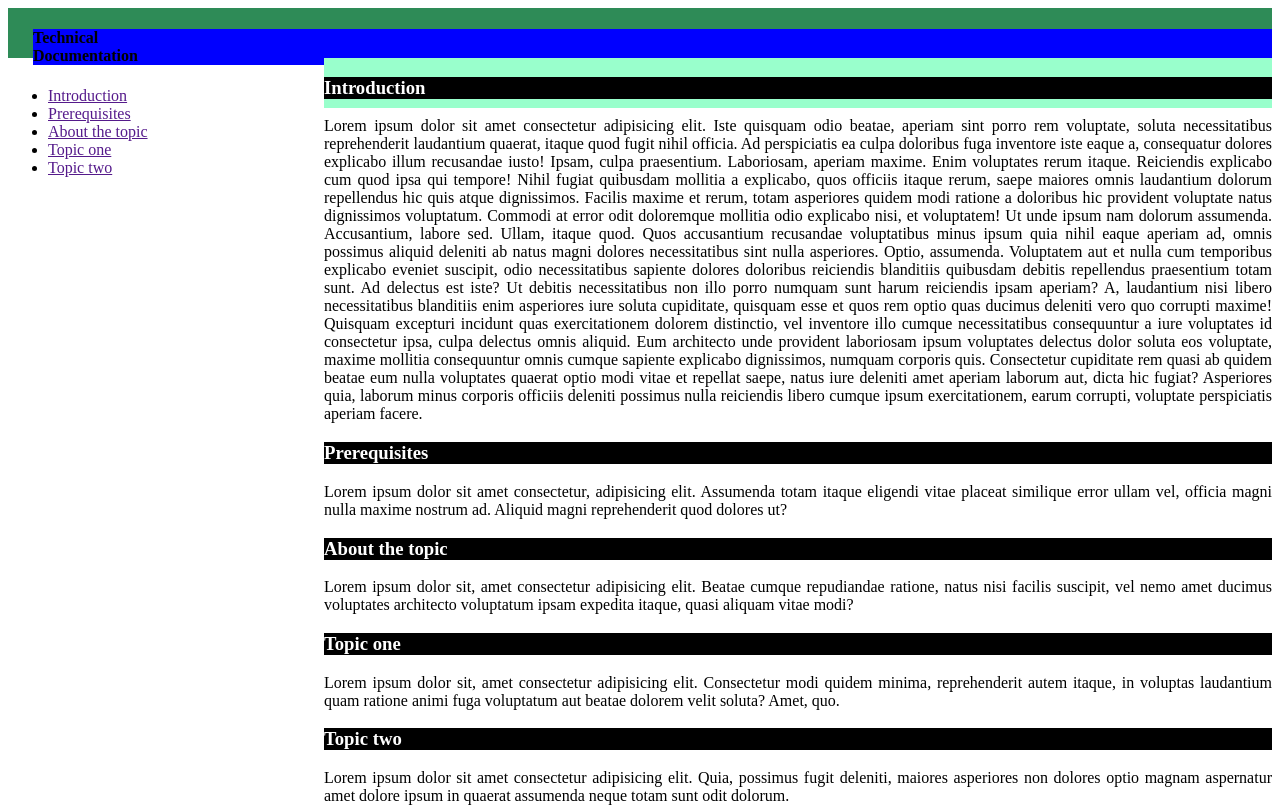
Repository: JoaoLemesDEV/Excercise-Tech-Documentation-Page
Page: index.html
These files come from the project's save history. The page is drawn as it stood at one moment and after the next save; the edit follows.
The browser window is 1280 px wide. The pictures show the whole page.

Above is the page before, as saved 2021-10-03 20:51:37.

After the next save:
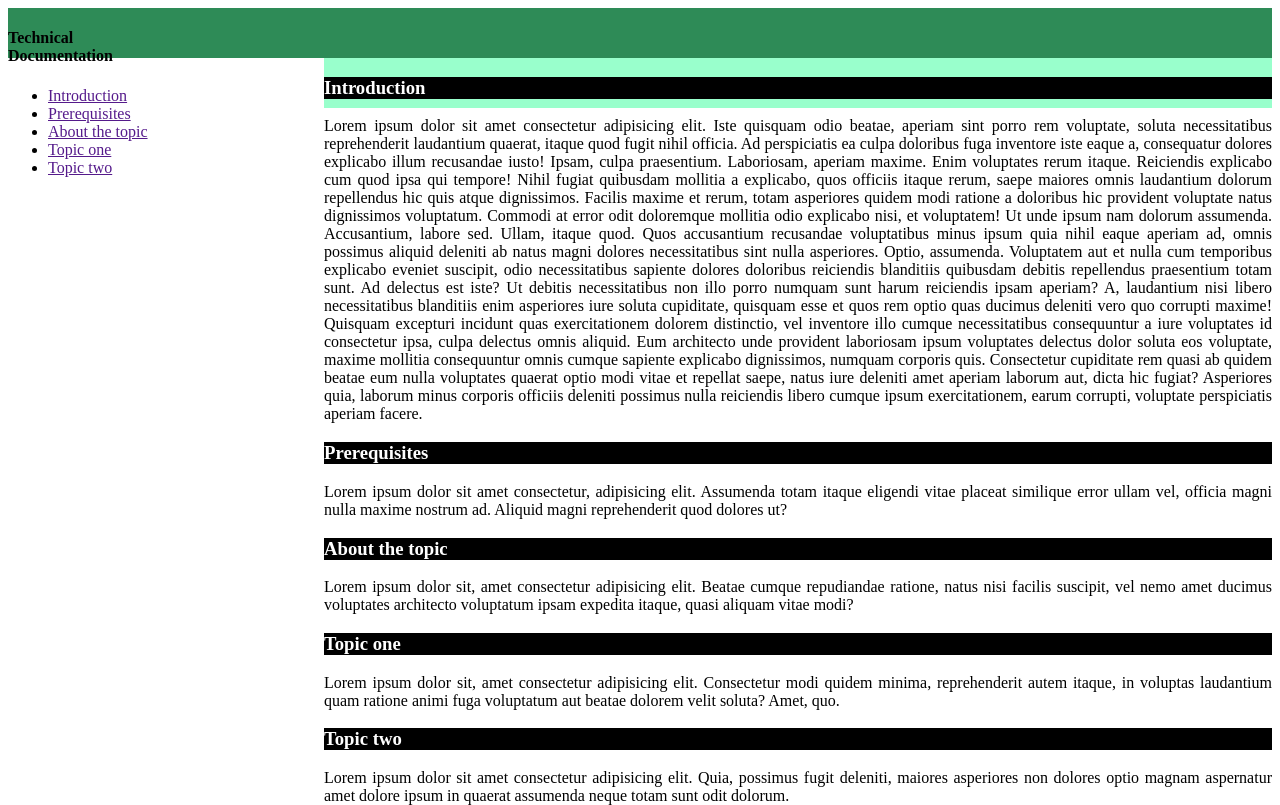
Saved 43 s later.
--- a/index.css
+++ b/index.css
@@ -10,7 +10,7 @@
     grid-template-rows: 50px 50px;
 }
 
-#menu h4{
+.menu h4{
 margin-left: 25px;
 background-color: blue;
 }

After the save that followed:
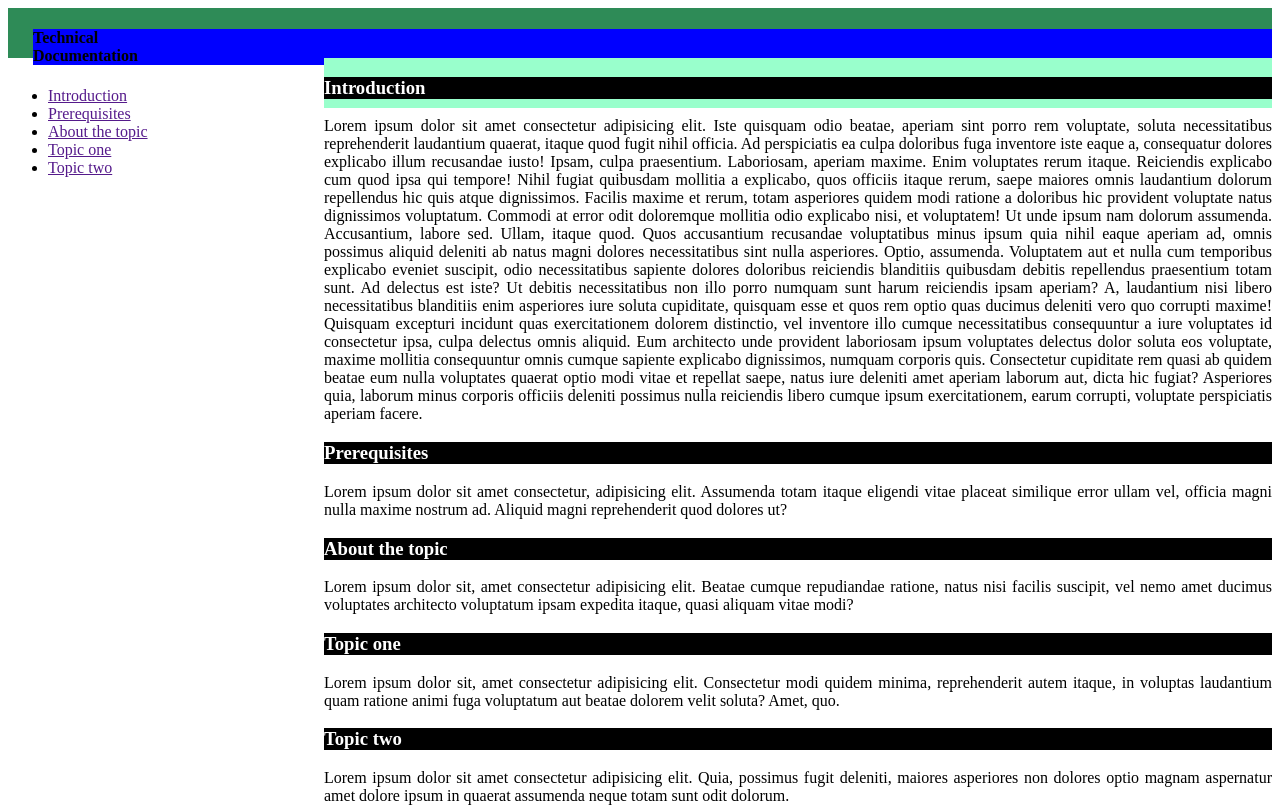
Saved 14 s later.
--- a/index.css
+++ b/index.css
@@ -10,7 +10,7 @@
     grid-template-rows: 50px 50px;
 }
 
-.menu h4{
+#menu h4{
 margin-left: 25px;
 background-color: blue;
 }
